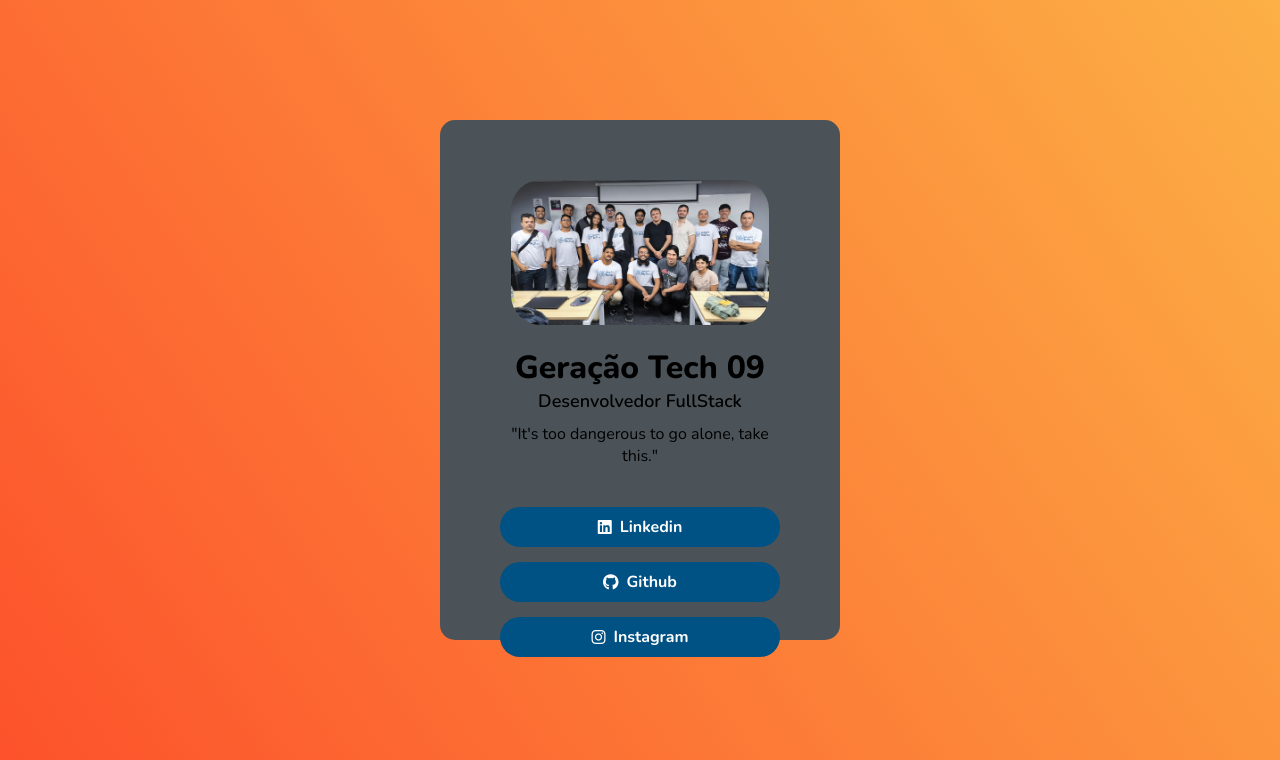
Repository: geracao-09/linktree-gt9
Page: index.html
An editor plug-in stored every save of this project. The page is shown before and after the next save, followed by the edit.
The browser window is 1280 px wide. The pictures show the whole page.

Above is the page before, as saved 2025-04-11 11:47:22.

After the next save:
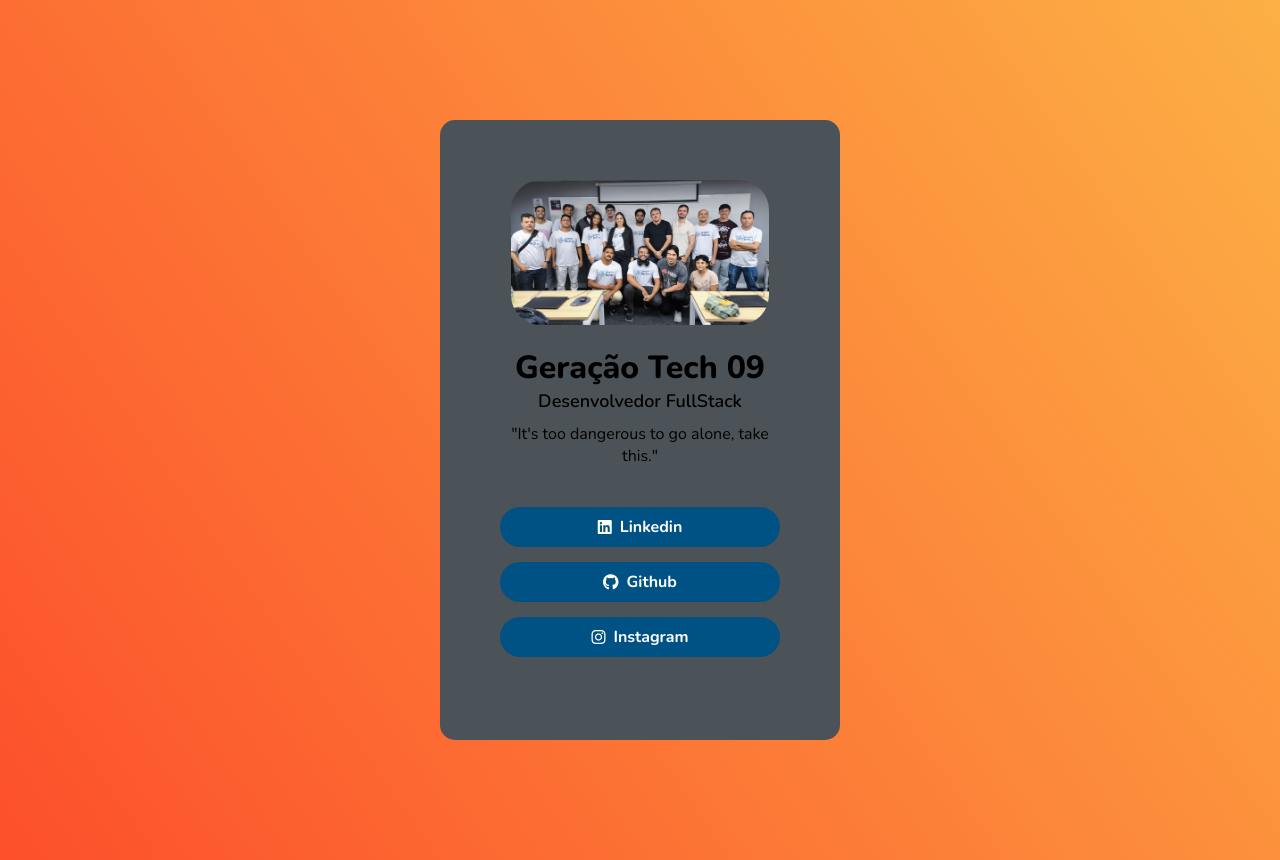
Saved 7 s later.
--- a/css/style.css
+++ b/css/style.css
@@ -16,7 +16,7 @@ body {
 .container-main {
   background-color: #4b5358;
   width: 400px;
-  height: 520px;
+  height: 620px;
   box-sizing: border-box;
   margin: 120px auto;
   padding: 60px;
